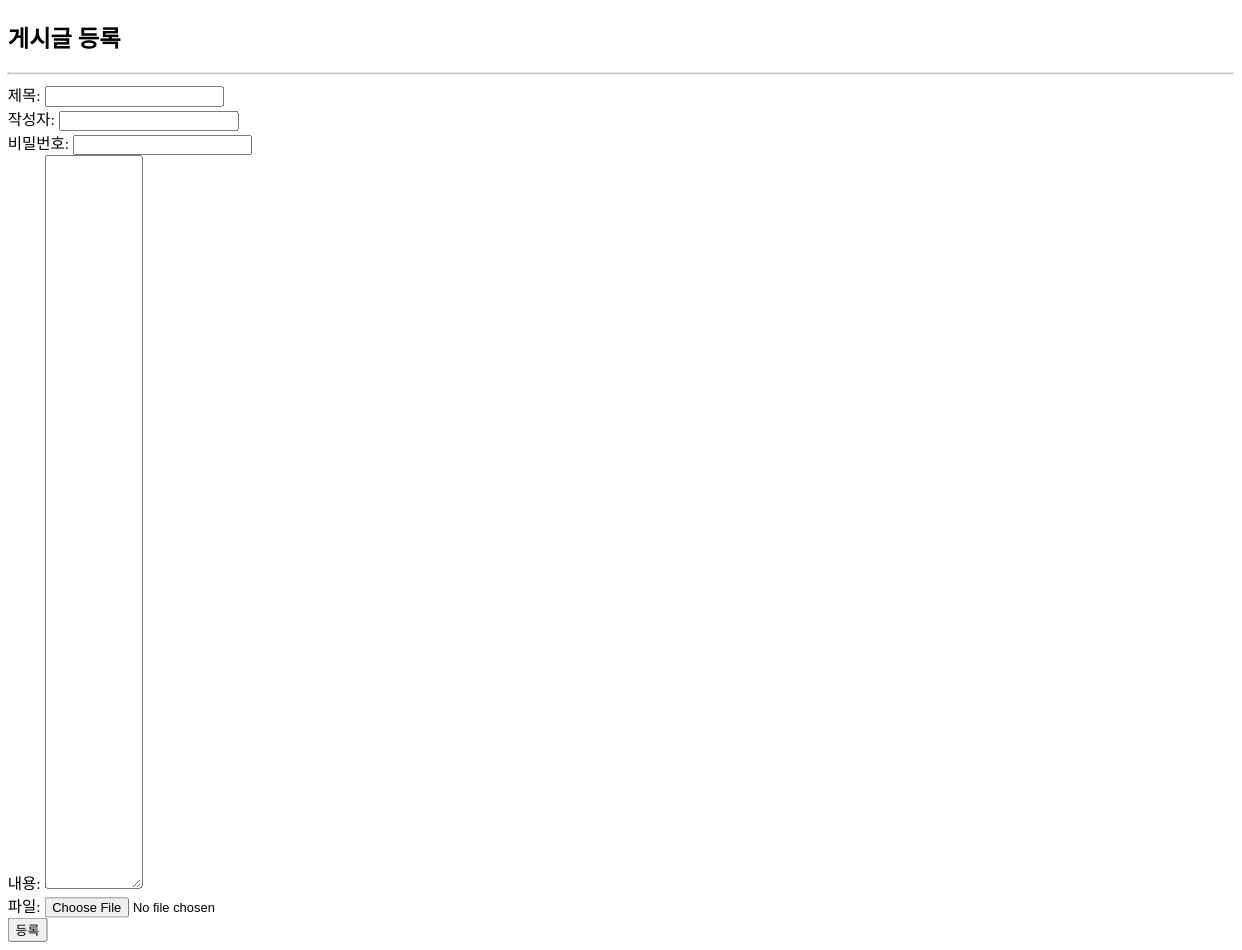
Repository: sagek23/Java-Training
Page: http://localhost/bbs/insertBbs.jsp
An editor plug-in stored every save of this project. The page is shown before and after the next save, followed by the edit.
The browser window is 1280 px wide. The pictures show the whole page, at 97% of full size.
The page is served by Tomcat 9.

Above is the page before, as saved 2019-08-02 01:17:37.

After the next save:
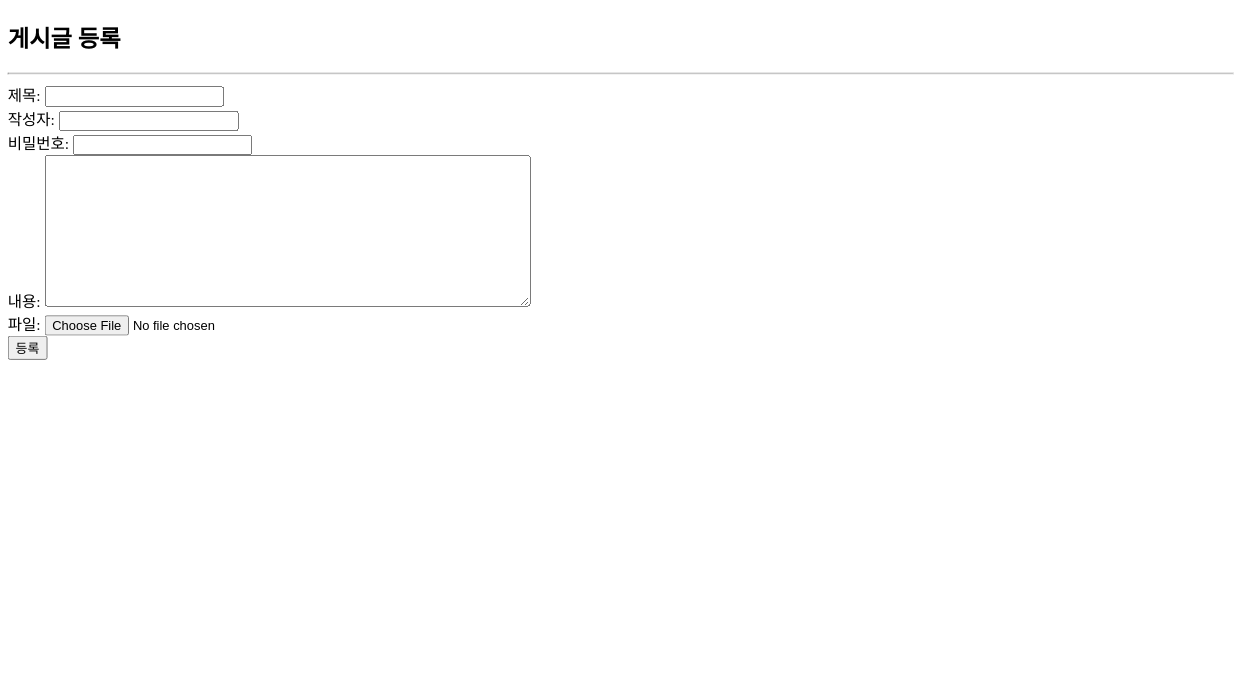
Saved 15 s later.
--- a/0801/bbs/WebContent/insertBbs.jsp
+++ b/0801/bbs/WebContent/insertBbs.jsp
@@ -13,7 +13,7 @@
 	제목: <input type="text" name="title"><br>
 	작성자: <input type="text" name="writer"><br>
 	비밀번호: <input type="password" name="pwd"><br>
-	내용: <textarea rows="50" cols="10" name="content"></textarea><br>
+	내용: <textarea rows="10" cols="60" name="content"></textarea><br>
 	파일: <input type="file"	name="fname"><br>
 	<input type="submit" value="등록">
 	</form>
